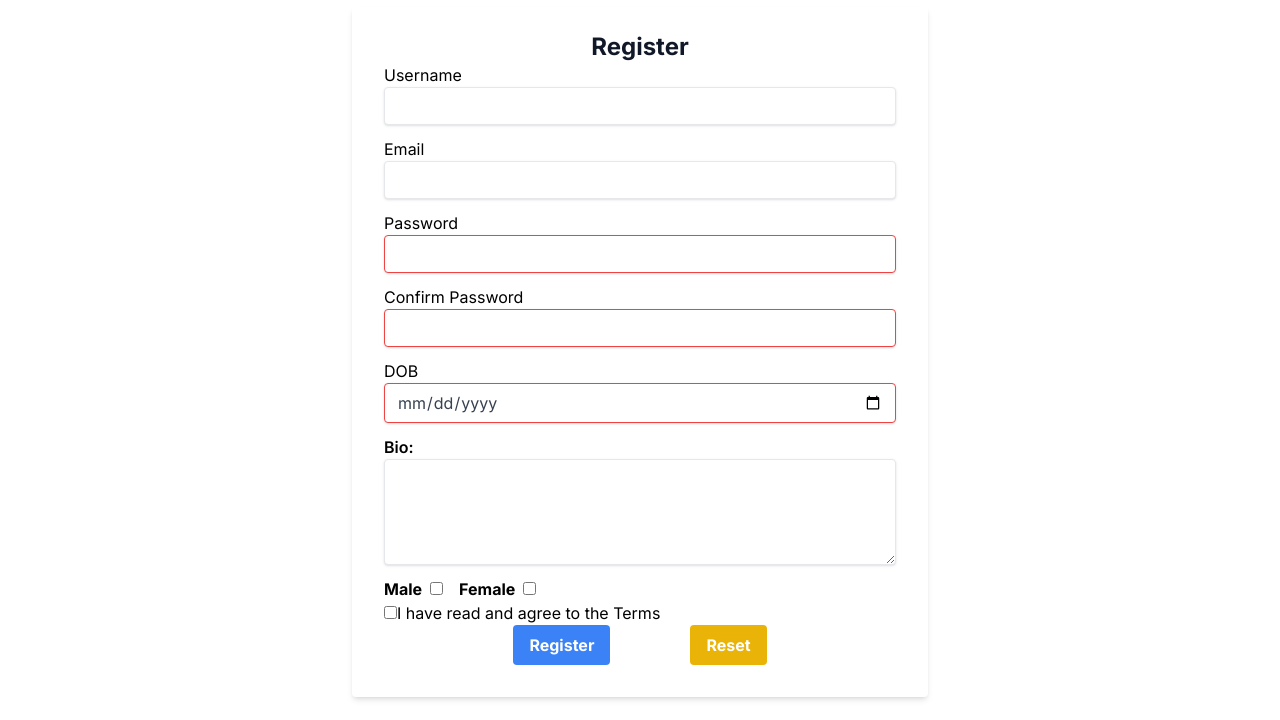
Repository: uh-sman/tiktok-card
Page: /
An editor plug-in stored every save of this project. The page is shown before and after the next save, followed by the edit.
The browser window is 1280 px wide. The pictures show the whole page.
The project was rebuilt for these pictures with package versions that can differ from the ones it lists, and the page was loaded fresh each time. The framework's server and built-in components were replaced by stand-ins that run in the browser. Also part of the build but not shown: next.config.js.

Above is the page before, as saved 2023-12-19 15:15:58.

After the next save:
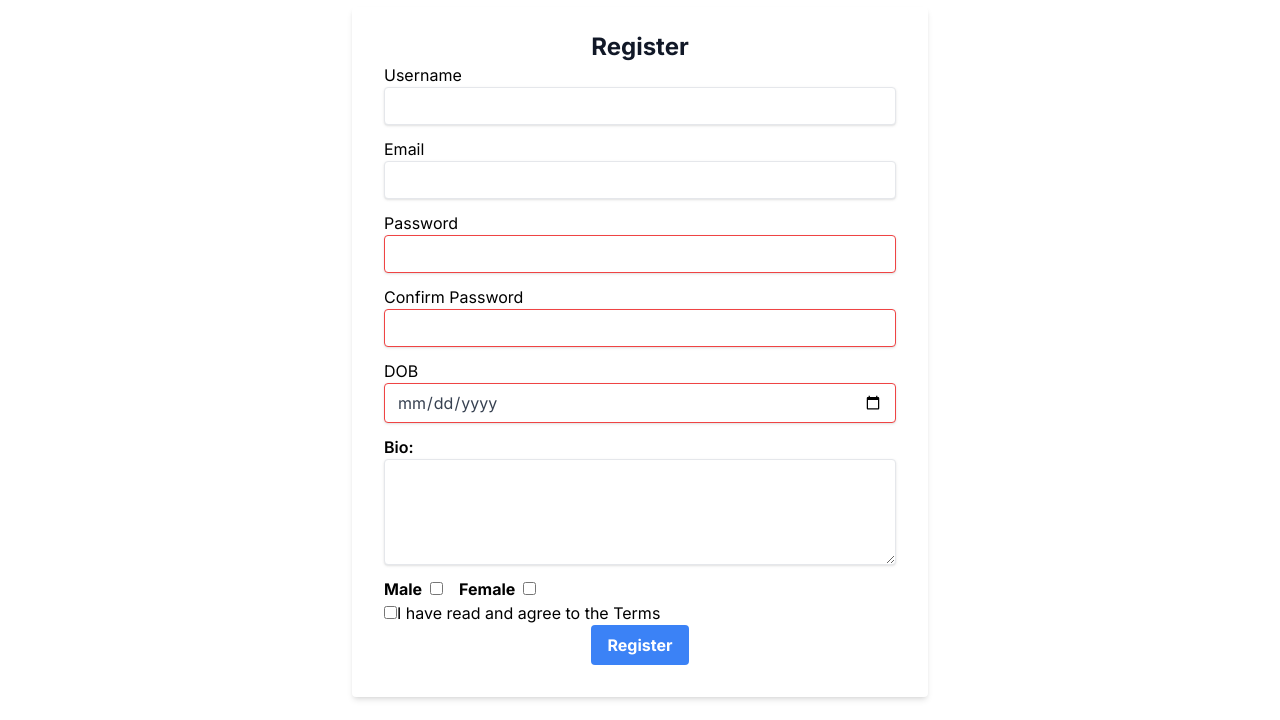
Saved 15 s later.
--- a/app/components/AuthForm.tsx
+++ b/app/components/AuthForm.tsx
@@ -127,13 +127,7 @@ const AuthForm: React.FC = () => {
             <button type="submit" className="bg-blue-500 hover:bg-blue-700 text-white font-bold py-2 px-4 rounded focus:outline-none focus:shadow-outline">
               Register
             </button>
-            <button
-              type="button"
-              onClick={() => reset()}
-              className="bg-yellow-500 hover:bg-yellow-700 text-white font-bold py-2 px-4 rounded focus:outline-none focus:shadow-outline"
-              >
-              Reset
-            </button>
+
           </div>
         </form>
       </div>
